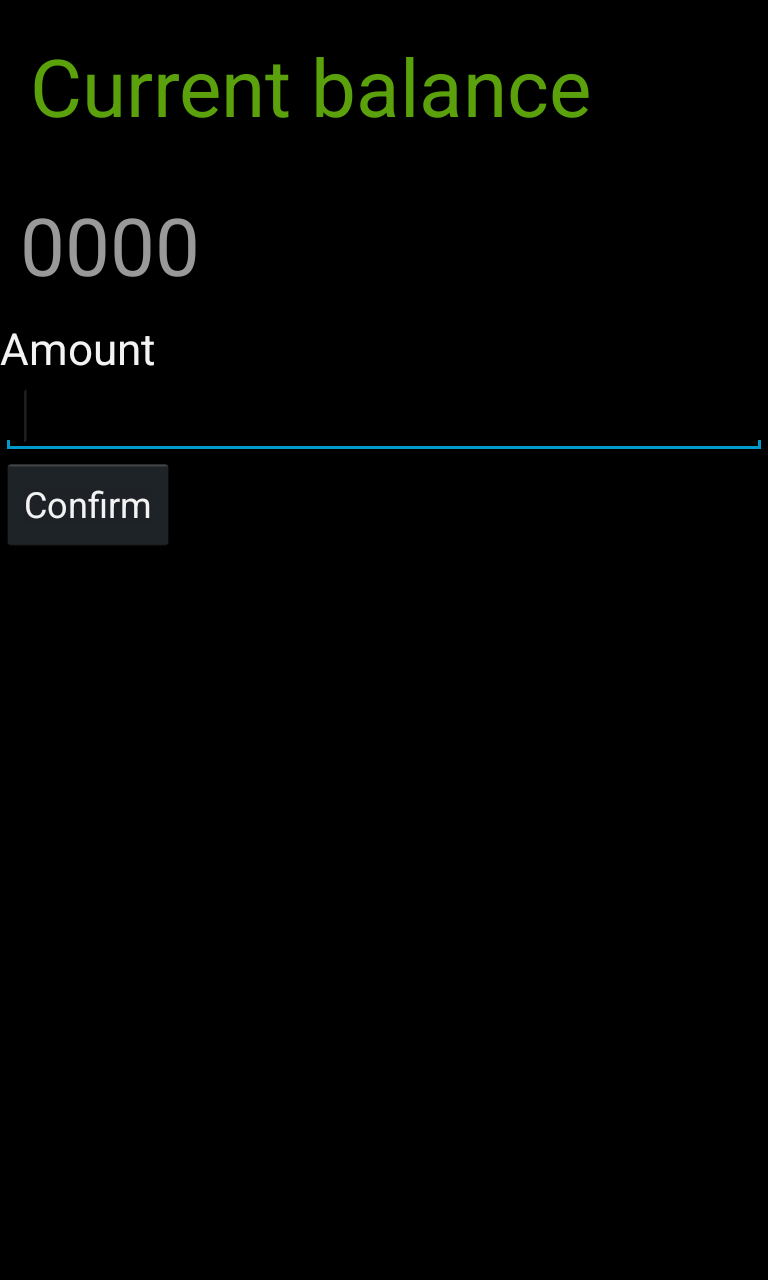
Repository: rrafols/EcoHack
Layout: EcoWalletAndroid/res/layout/payment_layout.xml
The author's editor kept a copy of each file at every save. The layout is drawn from the files as they stood at one save, then again after the next save.
It is drawn on a 768 x 1280 px phone screen (xhdpi) without system bars, with theme android:Theme.Holo; the app's code is not run.

Above is the layout before, as saved 2014-02-23 05:17:30.

After the next save:
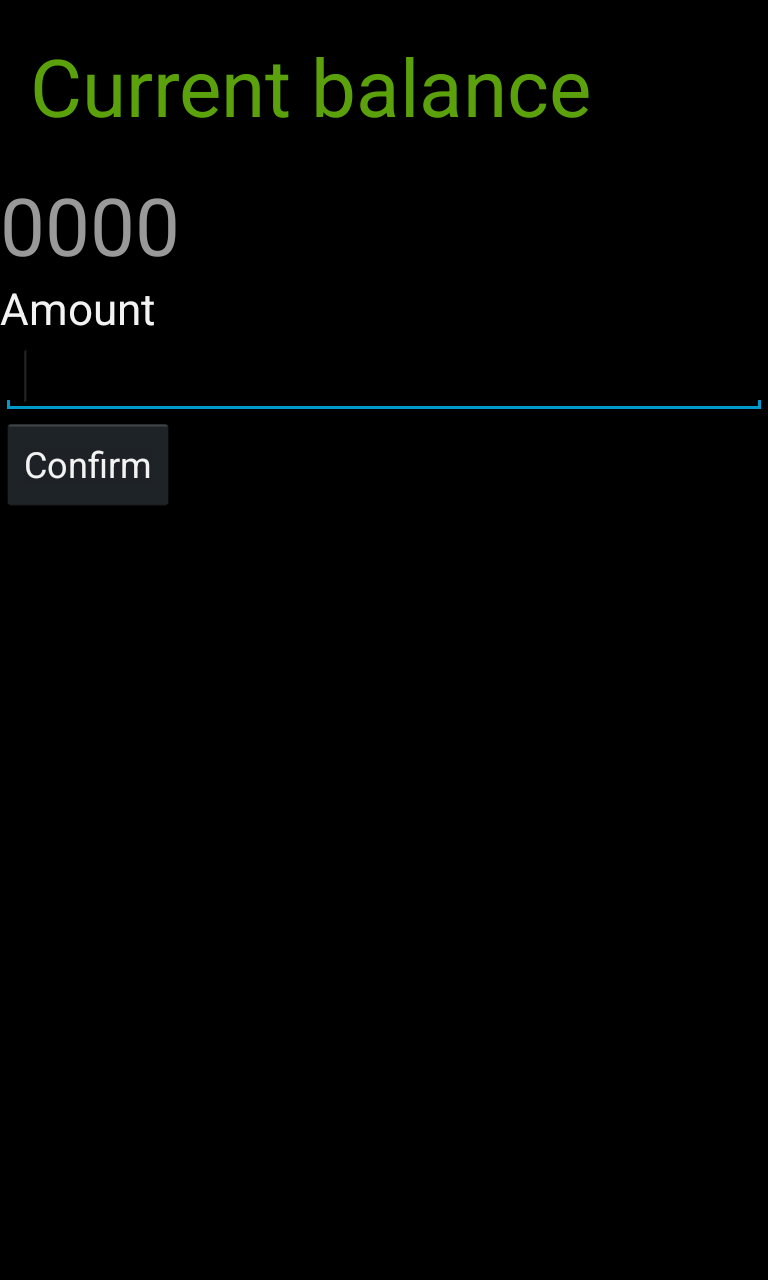
Saved 22 s later.
--- a/EcoWalletAndroid/res/layout/payment_layout.xml
+++ b/EcoWalletAndroid/res/layout/payment_layout.xml
@@ -25,7 +25,6 @@
             android:id="@+id/textViewCurrentBalance"
             android:layout_width="wrap_content"
             android:layout_height="wrap_content"
-            android:padding="10dp"
             android:textSize="40sp"
             android:textColor="#999999"
             android:text="0000"
